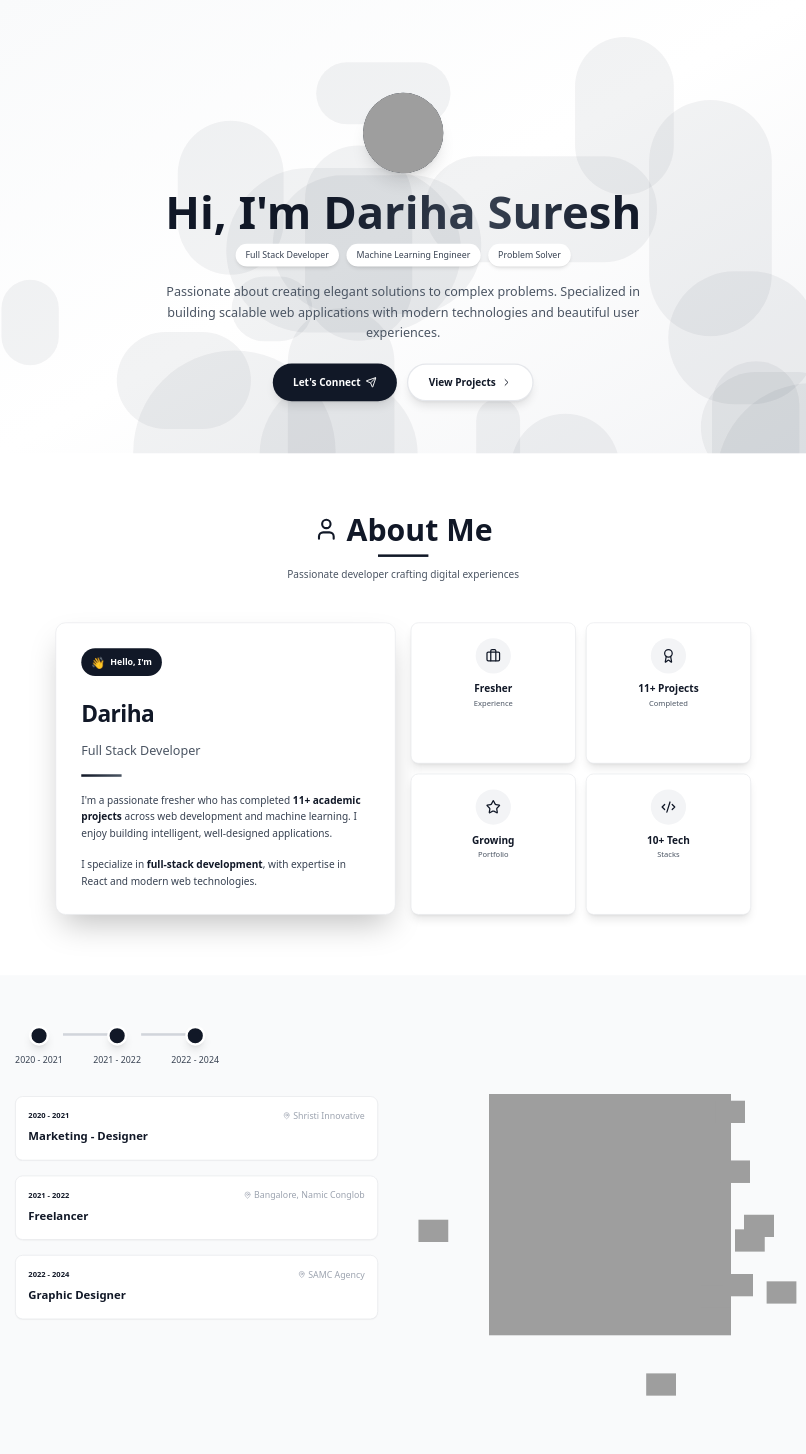
Repository: darihafebi825-collab/react-portfolio
Page: / (app in portapp/)
An editor plug-in stored every save of this project. The page is shown before and after a run of saves, followed by the edit.
The browser window is 1280 px wide. The pictures show the whole page, at 63% of full size.
Pictures or frames that could not be fetched are drawn as grey boxes. The project was rebuilt for these pictures with package versions that can differ from the ones it lists, and the page was loaded fresh each time.

Above is the page before, as saved 2025-12-24 17:58:49.

After the next 2 saves:
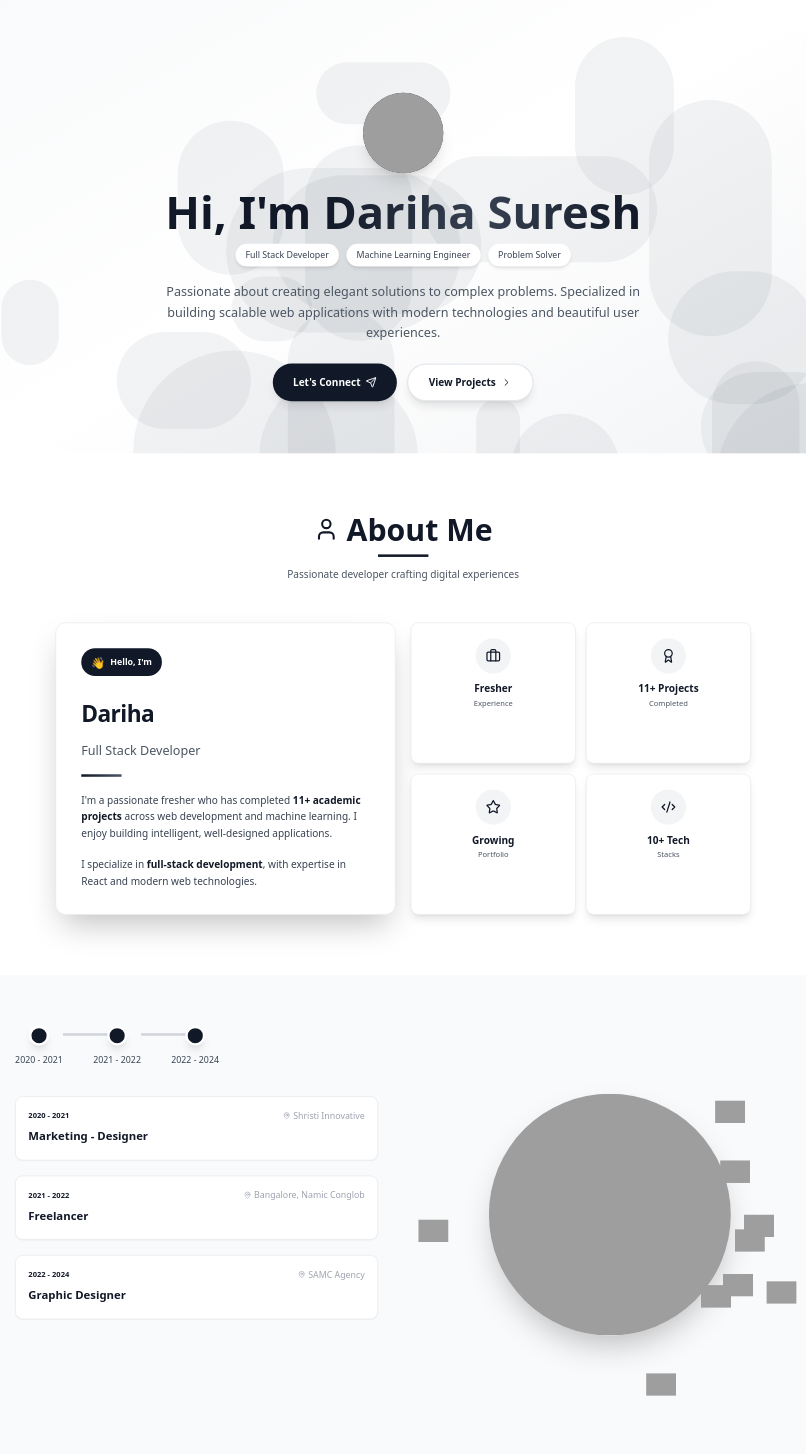
The 2 saves are shown as one change because they came seconds apart.
The last was saved 30 s later.
--- a/portapp/src/Components/Pages/Exp.js
+++ b/portapp/src/Components/Pages/Exp.js
@@ -81,11 +81,11 @@
         {/* Right Side: Big Image + Floating Skill Icons */}
         <div className="relative flex justify-center items-center min-h-[600px]">
 
-          {/* Big Profile Image: background-less, raw image */}
+          {/* Big Profile Image */}
           <motion.img
             src="/Images/dari.png"
             alt="Profile"
-            className="w-96 h-96 object-cover" // removed rounded-full, border, shadow
+            className="w-96 h-96 rounded-full object-cover shadow-2xl"
             initial={{ opacity: 0, scale: 0.8 }}
             animate={{ opacity: 1, scale: 1 }}
             transition={{ duration: 0.8 }}
@@ -93,7 +93,8 @@
 
           {/* Floating Skill Icons: scattered outside image */}
           {skills.map((skill, idx) => {
-            const radius = 200 + Math.random() * 100;
+            // keep icons outside profile image radius
+            const radius = 200 + Math.random() * 100; // min distance from center
             const angle = Math.random() * 2 * Math.PI;
             const x = radius * Math.cos(angle);
             const y = radius * Math.sin(angle);

After the save that followed:
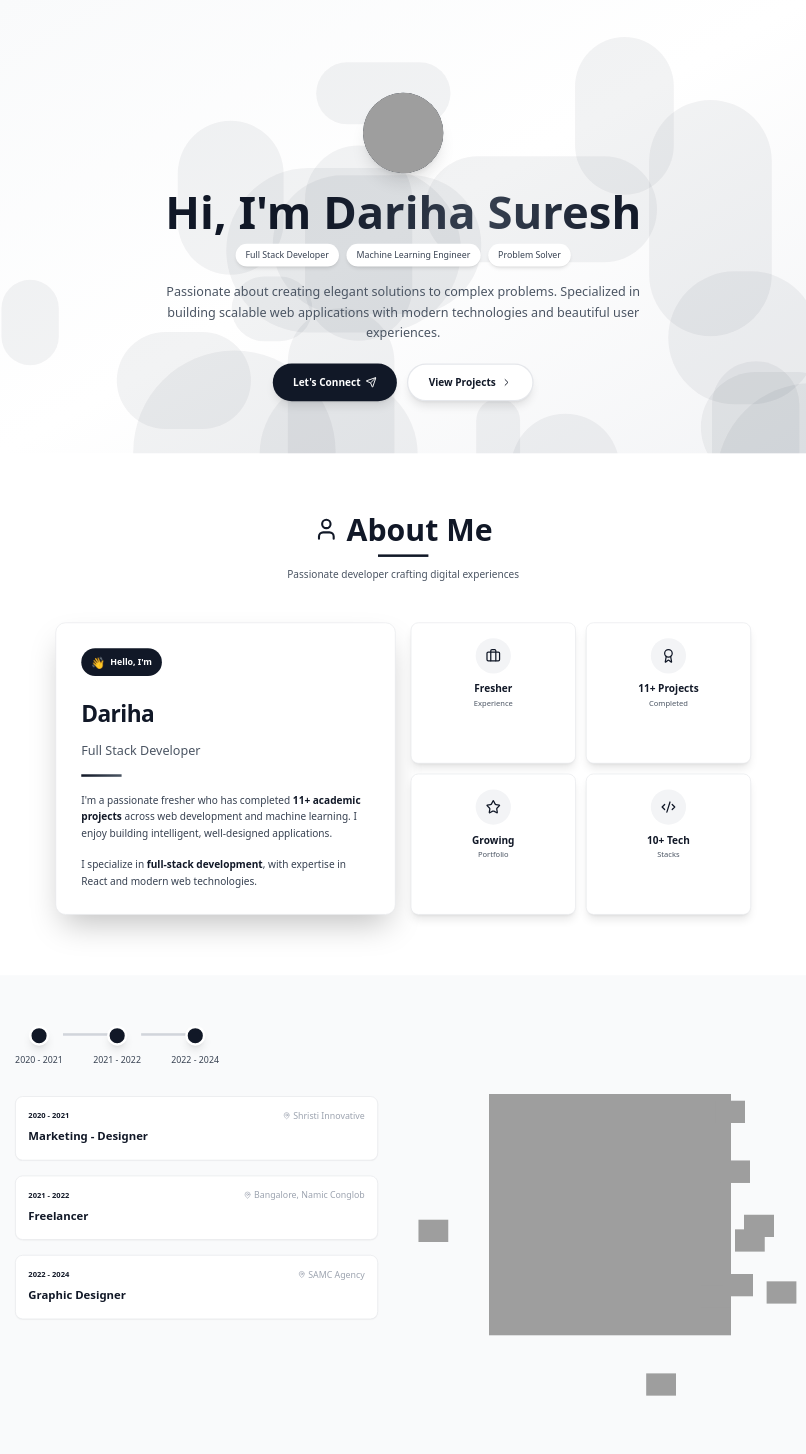
Saved 12 s later.
--- a/portapp/src/Components/Pages/Exp.js
+++ b/portapp/src/Components/Pages/Exp.js
@@ -81,11 +81,11 @@
         {/* Right Side: Big Image + Floating Skill Icons */}
         <div className="relative flex justify-center items-center min-h-[600px]">
 
-          {/* Big Profile Image */}
+          {/* Big Profile Image: background-less, raw image */}
           <motion.img
             src="/Images/dari.png"
             alt="Profile"
-            className="w-96 h-96 rounded-full object-cover shadow-2xl"
+            className="w-96 h-96 object-cover" // removed rounded-full, border, shadow
             initial={{ opacity: 0, scale: 0.8 }}
             animate={{ opacity: 1, scale: 1 }}
             transition={{ duration: 0.8 }}
@@ -93,8 +93,7 @@
 
           {/* Floating Skill Icons: scattered outside image */}
           {skills.map((skill, idx) => {
-            // keep icons outside profile image radius
-            const radius = 200 + Math.random() * 100; // min distance from center
+            const radius = 200 + Math.random() * 100;
             const angle = Math.random() * 2 * Math.PI;
             const x = radius * Math.cos(angle);
             const y = radius * Math.sin(angle);
